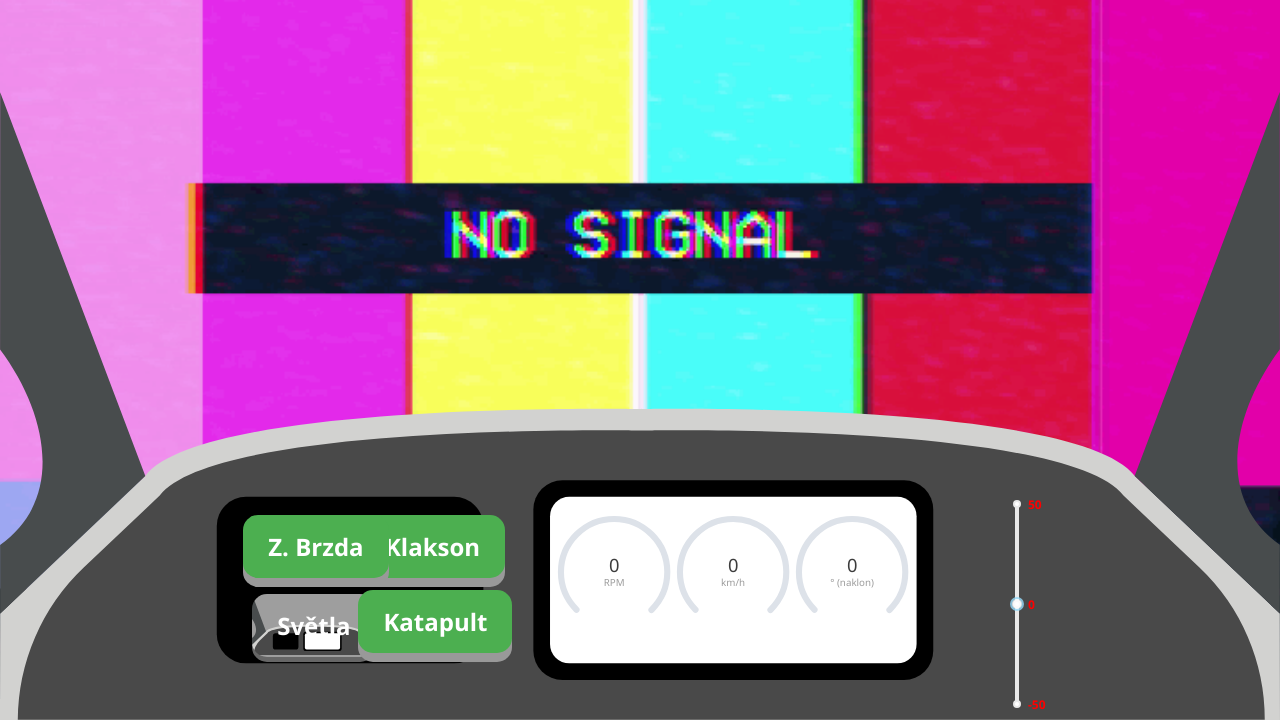
Repository: matyasvelc/train
Page: / (app in frontend/)
An editor plug-in stored every save of this project. The page is shown before and after the next save, followed by the edit.
The browser window is 1280 px wide. The page is 1288 px wide, so the pictures cover 1288 px, including what lies to the right of the window. The pictures show the whole page.
The first visible `.button` is being pressed.
Pictures or frames that could not be fetched are drawn as grey boxes. The page's requests for data from a server got no answer. The project was rebuilt for these pictures with package versions that can differ from the ones it lists, and the page was loaded fresh each time. No one was signed in, and anything a server would have sent is missing.

Above is the page before, as saved 2022-04-04 21:50:44.

After the next save:
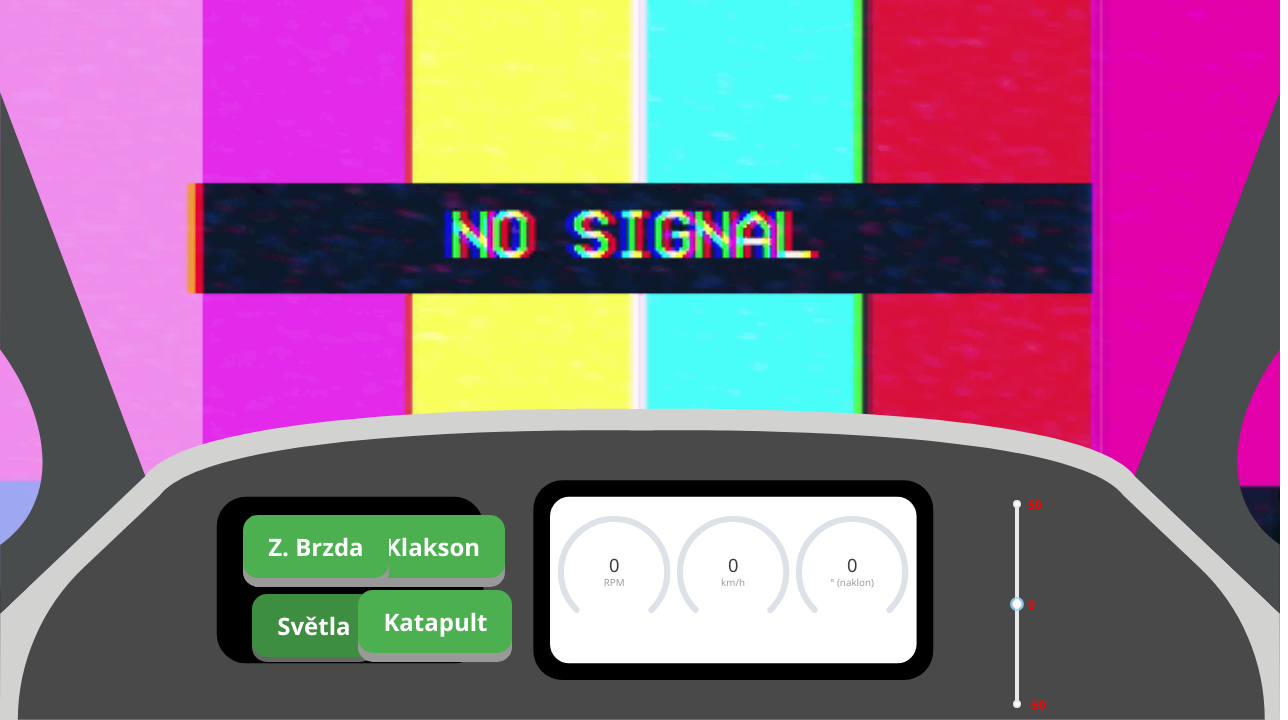
Saved 18 s later.
--- a/frontend/src/styles.css
+++ b/frontend/src/styles.css
@@ -70,7 +70,7 @@ body {
   box-shadow: 0 5px #666;
   transform: translateY(4px);
 }
-.button:active {
+.button:active ~ .vlak {
   background-image:url(./train.svg), url(./rickroll.gif), url(./nosignal.gif);
 }
 .a{
